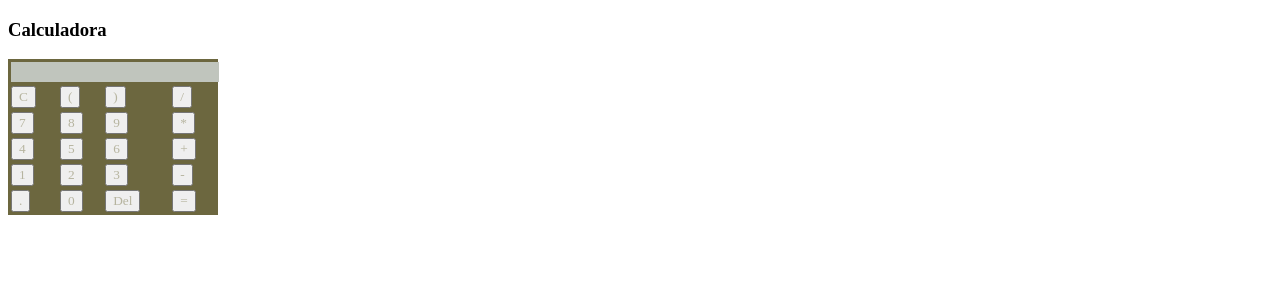
Repository: ServerK001/CalcJsVanilha
Page: index.html
These files come from the project's save history. The page is drawn as it stood at one moment and after a run of saves; the edit follows.
The browser window is 1280 px wide. The pictures show the whole page.
Some web fonts or font styles are not loaded; a fallback is used.

Above is the page before, as saved 2022-02-14 08:39:03.

After the next 3 saves:
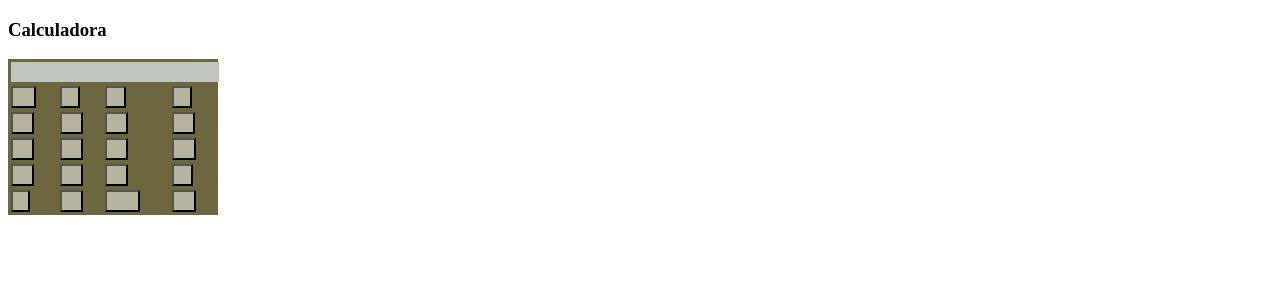
The 3 saves are shown as one change because they came seconds apart.
The last was saved 12 s later.
--- a/style.css
+++ b/style.css
@@ -22,7 +22,8 @@
 
 .btn{
     font-family: "Unibody 8";
-    color:var(--btn)
+    color:var(--btn);
+    background-color: var(--bgBtn);
 }
 .calculadora{
     background-color: var(--bgCalc);
